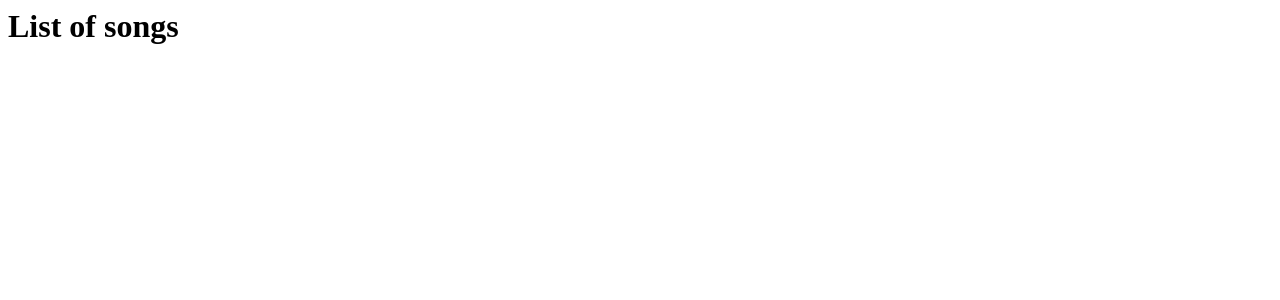
Repository: thagunnaharish1-netizen/GeetShala
Page: http://localhost/songs/
An editor plug-in stored every save of this project. The page is shown before and after the next save, followed by the edit.
The browser window is 1280 px wide. The pictures show the whole page.
The page is served by the project's application, run on Django 5.2 (manage.py).

Above is the page before, as saved 2026-09-01 18:17:01.

After the next save:
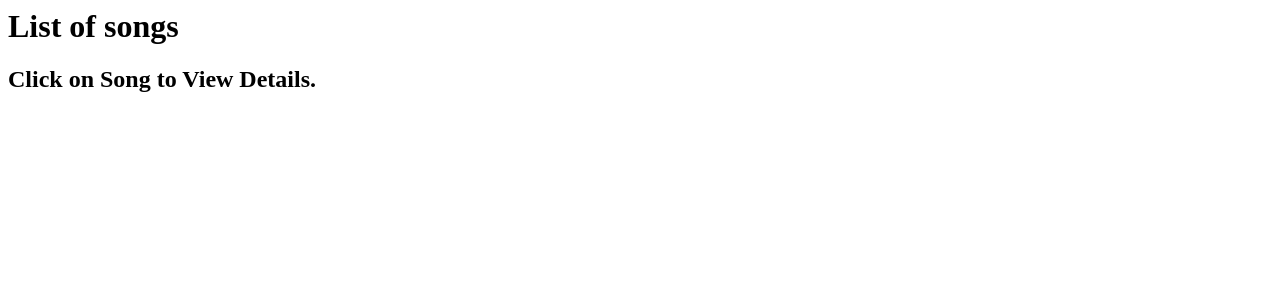
Saved 119 s later.
--- a/songs/views.py
+++ b/songs/views.py
@@ -2,7 +2,7 @@ from django.shortcuts import render
 from django.http import HttpResponse
 
 def song_list(request):
-    response_text = '<h1>List of songs</h1>'
+    response_text = '<h1>List of songs</h1><h2>Click on Song to View Details.</h2?'
     return HttpResponse(response_text)
 
 def song_detail(request, song_id):
